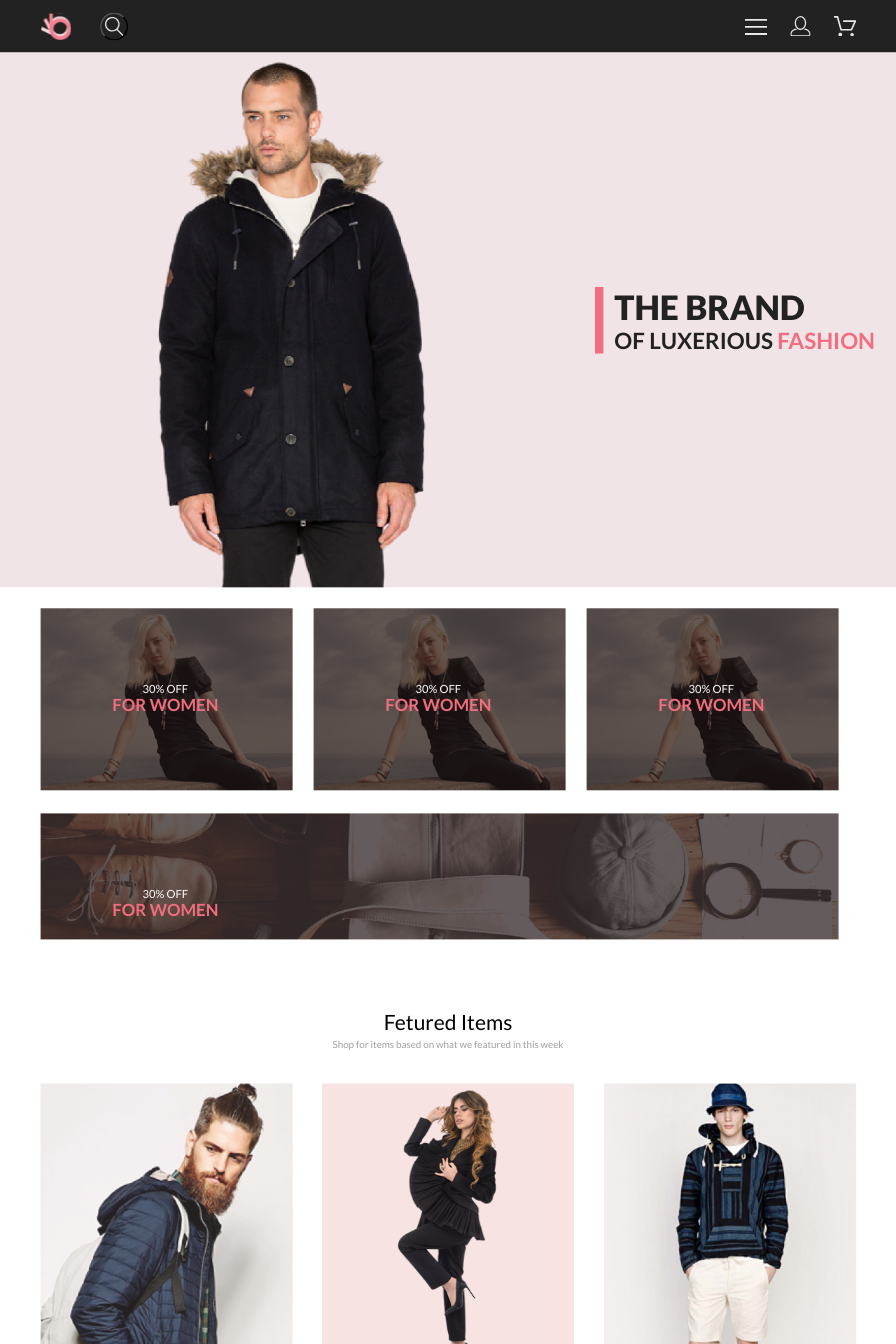
Repository: shtepaa/work-show-linkid
Page: les01/index.html
An editor plug-in stored every save of this project. The page is shown before and after the next save, followed by the edit.
The browser window is 1280 px wide. The pictures show the part of the page from y = 0 to 1920 px (the page is 3905 px tall), at 70% of full size.

Above is the page before, as saved 2022-02-15 12:45:46.

### les01/index.html
<!DOCTYPE html>
<html lang="en">
  <head>
    <meta charset="UTF-8" />
    <meta http-equiv="X-UA-Compatible" content="IE=edge" />
    <meta name="viewport" content="width=device-width, initial-scale=1.0" />
    <title>Brand</title>
    <link rel="shortcut icon" href="img/favicon.ico" type="image/x-icon" />
    <link rel="stylesheet" href="style.css" />
    <link rel="preconnect" href="https://fonts.googleapis.com" />
    <link rel="preconnect" href="https://fonts.gstatic.com" crossorigin />
    <link
      href="https://fonts.googleapis.com/css2?family=Lato:wght@700;400;900&display=swap"
      rel="stylesheet"
    />
  </head>
  <body>


        <header>
          <div class="container">
            <nav>
              <div class="flex-left">
                <img src="img/logo.svg" alt="logo" />
                <form class="searchBox">
                  <input
                    class="searchInput"
                    type="text"
                    name=""
                    placeholder="Search"
                  />
                  <button class="searchButton" href="#">
                    <img id="path" src="img/search.svg" alt="logo" />
                  </button>
                </form>
              </div>
              <div class="flex-right">
                <div class="mega-box"><img class="contact-img" src="img/menu.svg" alt="logo" />
                <div class="mega-item">

<div class="menu-box"><h3 class="menu-box--style">Menu</h3></div>
<details><summary>Man</summary>
<a class="mega-link" href="#">Accessories</a>
<a class="mega-link" href="#">Bags</a>
<a class="mega-link" href="#">Denim</a>
<a class="mega-link" href="#">T-Shirts</a>
</details>
<details><summary>WOMAN</summary>
  <a class="mega-link" href="#">Accessories</a>
  <a class="mega-link" href="#">Jackets & Coats</a>
  <a class="mega-link" href="#">Polos</a>
  <a class="mega-link" href="#">T-Shirts</a>
  </details>
  <details><summary>KIDS</summary>
    <a class="mega-link" href="#">Accessories</a>
    <a class="mega-link" href="#">Bags</a>
    <a class="mega-link" href="#">Denim</a>
    <a class="mega-link" href="#">T-Shirts</a>
    </details>



                </div>


                </div>
                <img class="contact-img" src="img/contact.svg" alt="logo" />
                <img src="img/shop.svg" alt="logo" />
              </div>
            </nav>
          </div>
        </header>
        <!-- Второй блок -->
        <div class="header-section">
            <div class="header-cover">
              <div class="header-image">
              <img class="header-man"  src="img/man-new.png" alt="man" />
            </div>
            <div class="header-title">
              <div class="pink-line">
              <div class="header-column">
                <h1 class="header-brand">The brand</h1>
                <h2 class="text-brand">of luxerious <span class="pink-word"> fashion</span></h2>
              </div>
            </div>
            </div>
          </div>
          </div>
        </div>
<!-- Третий блок -->
        <div class="container">
<section class="catalog-box">
          <div class="catalog-block">
            <div class="catalog-project">
              <a class="link-cataloge" href="#">
              <img
                class="catalog-image"
                src="img/catalog01.png"
                alt="catalog01"
              />
              <h2 class="catalog__text">
                30% off <span class="pink-word catalog-words"> for women</span>
              </h2></a>
            </div>
            <div class="catalog-project">
              <a class="link-cataloge" href="#">
                <img
                  class="catalog-image"
                  src="img/catalog01.png"
                  alt="catalog01"
                />
                <h2 class="catalog__text">
                  30% off <span class="pink-word catalog-words"> for women</span>
                </h2></a>
            </div>
            <div class="catalog-project">
              <a class="link-cataloge" href="#">
                <img
                  class="catalog-image"
                  src="img/catalog01.png"
                  alt="catalog01"
                />
                <h2 class="catalog__text">
                  30% off <span class="pink-word catalog-words"> for women</span>
                </h2></a>
            </div>
          </div>
          <div class="catalog-project parent">
            <a class="link-cataloge" href="#">
              <img
                class="catalog-image"
                src="img/catalog04.png"
                alt="catalog01"
              />
              <h2 class="catalog__text">
                30% off <span class="pink-word catalog-words"> for women</span>
              </h2></a>
          </div>
        </section>
        </div>
        <!-- Четвертый блок -->
        <div class="container block-text">
          <h3 class="block-text--heading">Fetured Items</h3>
          <p class="block-text--section-text">
            Shop for items based on what we featured in this week
          </p>
        </div>
        <div class="container section-featured">
          <div class="featur_one">
            <a class="link-featur" href="#">
            <img class="featur-image"  src="img/feat01.png" alt="featur_one" /></a>
            <div class="featur-wrapper">
            <h3 class="featur-text">ELLERY X M'O CAPSULE</h3>
            <p class="featur-content">Known for her sculptural takes on traditional tailoring, Australian arbiter of cool Kym Ellery teams up with Moda Operandi.</p>
<span class="featur-price">$52.00</span></div>
          </div>
          <div class="featur_one">
            <a class="link-featur" href="#">
            <img src="img/feat02.png" alt="featur_one" /></a>
            <div class="featur-wrapper">
            <h3 class="featur-text">ELLERY X M'O CAPSULE</h3>
            <p class="featur-content">Known for her sculptural takes on traditional tailoring, Australian arbiter of cool Kym Ellery teams up with Moda Operandi.</p>
<span class="featur-price">$52.00</span></div>
          </div>
          <div class="featur_one">
            <a class="link-featur" href="#">
            <img src="img/feat03.png" alt="featur_one" /></a>
            <div class="featur-wrapper">
            <h3 class="featur-text">ELLERY X M'O CAPSULE</h3>
            <p class="featur-content">Known for her sculptural takes on traditional tailoring, Australian arbiter of cool Kym Ellery teams up with Moda Operandi.</p>
<span class="featur-price">$52.00</span></div>
          </div>
          <div class="featur_one">
            <a class="link-featur" href="#">
            <img src="img/feat04.png" alt="featur_one" /></a>
            <div class="featur-wrapper">
            <h3 class="featur-text">ELLERY X M'O CAPSULE</h3>
            <p class="featur-content">Known for her sculptural takes on traditional tailoring, Australian arbiter of cool Kym Ellery teams up with Moda Operandi.</p>
<span class="featur-price">$52.00</span></div>
          </div>
          <div class="featur_one">
            <a class="link-featur" href="#">
            <img src="img/feat05.png" alt="featur_one" /></a>
            <div class="featur-wrapper">
            <h3 class="featur-text">ELLERY X M'O CAPSULE</h3>
            <p class="featur-content">Known for her sculptural takes on traditional tailoring, Australian arbiter of cool Kym Ellery teams up with Moda Operandi.</p>
<span class="featur-price">$52.00</span></div>
          </div>
          <div class="featur_one">
            <a class="link-featur" href="#">
            <img src="img/feat06.png" alt="featur_one" /></a>
            <div class="featur-wrapper">
            <h3 class="featur-text">ELLERY X M'O CAPSULE</h3>
            <p class="featur-content">Known for her sculptural takes on traditional tailoring, Australian arbiter of cool Kym Ellery teams up with Moda Operandi.</p>
<span class="featur-price">$52.00</span></div>
          </div>

        </div>
        <div class="container browse-button">
          <a class="link-browse" href="#"> <h3 class="browse-button product-cart">Browse All Product</h3></a>

        </div>
<div class="section-icons">
  <div class="container wrapper-icons">
  <div class="first-icons">
    <img class="car-icons" src="img/car.svg" alt="car" />
    <h3 class="car-icons--text">Free Delivery</h3>
    <p class="car-icons--context">Worldwide delivery on all. Authorit tively morph next-generation innov tion with extensive models.</p>
  </div>
  <div class="first-icons">
    <img class="car-icons" src="img/discount.svg" alt="discount" />
    <h3 class="car-icons--text">Sales & discounts</h3>
    <p class="car-icons--context">Worldwide delivery on all. Authorit tively morph next-generation innov tion with extensive models.</p>
  </div>
  <div class="first-icons">
    <img class="car-icons" src="img/corona.svg" alt="corona" />
    <h3 class="car-icons--text">Quality assurance</h3>
    <p class="car-icons--context">Worldwide delivery on all. Authorit tively morph next-generation innov tion with extensive models.</p>
  </div>
</div>

</div>

<div class="quotes-section">
  <div class="container wrap-quotes">
  <div class="figure-box">
  <figure>
    <img class="figure-image" src="img/author.png" alt="author" />
    <figcaption>“Vestibulum quis porttitor dui! Quisque viverra nunc mi, a pulvinar purus condimentum“</figcaption>
  </figure></div>
  <div class="figure-box enter-mail">

    <h1 class="subscribe">SUBSCRIBE</h1>
    <h2 class="promotion">FOR OUR NEWLETTER AND PROMOTION</h2>
    <div class="subscribe-wrapper">

      <input type="email" name="email" class="subscribe-input" placeholder="Enter Your Email">
      <div class="submit-btn">SUBMIT</div>
    </div>


  </div>

</div>


      </div>
      <footer>
<div class="container footer-contant">
  <div class="copy-righ">
    <span class="copy-text">© 2021  Brand  All Rights Reserved.</span>
  </div>
  <div class="networks">
    <div class="insta instag-fig">

    </div>
    <div class="insta pint-fig"></div>
    <div class="insta last-fig"></div>
    <div class="insta "></div>
  </div>



</div>

      </footer>

  </body>
</html>

### les01/style.css
* {
  margin: 0;
  padding: 0;
}

body{
  font-family: "Lato", sans-serif;
}

header {
  background-color: #222;

  display: flex;
  height: 75px;
}
.header-section {
  background-color: #f1e4e6;
  /* display: flex; */
  height: 764px;
}
.container {
  margin: 0 auto;
  width: 1165px;
  display: flex;
}
.header-image {
  display: flex;
  /* background-repeat: no-repeat;
  -webkit-box-flex: 1;
  -ms-flex-positive: 1;
  flex-grow: 1; */

}
.header-man{
  /* display: flex; */
  /* display: block; */
  left: 0;
}
.header-title {
  /* width: 50%; */
  display: flex;
  flex-direction: row;
  align-items: center;
}
.header-column {
  display: flex;
  flex-direction: column;
  padding-left: 16px;
  text-transform: uppercase;

}
.header-brand{
  font-weight: 900;
  font-size: 48px;
  line-height: 57px;
  color: #222;
}
.text-brand{
  font-weight: 700;
  font-size: 32px;
  line-height: 38px;
  color: #222;
}
.pink-word {
  color: #f16d7f;
}
.pink-line {


  border-left: 12px solid #f16d7f;
}
.header-cover {
  /* width: 100%; */
  display: flex;
  /* flex-direction: row; */
  justify-content: space-between;
  width: 1250px;
  /* margin: 0 auto; */
}

nav {
  justify-content: space-between;
  flex-direction: row;
  /* position: relative; */
  align-items: center;
  display: flex;
  height: 75px;
  width: 100%;
}
.flex-left {
  align-items: center;
  flex-direction: row;
  display: flex;
}

.contact-img {
  margin-right: 33px;
}
/* Меню бокс */
.mega-item {
  position: absolute;
  background-color: #fff;

  /* display: none; */
  padding: 37px 100px 79px 50px;
  display: none;
  margin-top: 23px;
  padding-bottom: 53px;
  /* margin-left: 155px; */
}
.mega-box {
  padding: 34px 0 30px 0;

}
.mega-box:hover .mega-item{
  display: block;
}
summary {
  display: block;
}

  summary::-webkit-details-marker {
  display: none;
}

summary {
  display: block;
  font-weight: 400;
  font-size: 14px;
  line-height: 17px;
  text-transform: uppercase;
  color: #f16d7f;
  padding-top: 20px;
  padding-bottom: 12px;
  font-family: "Lato", sans-serif;
  cursor: pointer;
}

  summary::-webkit-details-marker {
  display: none;
}

summary::before {
  content: '';
  padding-right: 0.5em;
}

details[open] > summary::before {
  content: '';
}

.menu-box--style {
  font-weight: 700;
  font-size: 14px;
  line-height: 17px;
  text-transform: uppercase;
  padding-bottom: 4px;
  font-family: "Lato", sans-serif;
}
/* .pink-box {

} */
.mega-link {
  font-family: "Lato", sans-serif;
  display: block;
  text-decoration: none;
  font-size: 14px;
  line-height: 17px;
  color: #6f6e6e;
  font-weight: 400;
  padding: 12px 0px 11px 15px;
}
.mega-link:hover{
  color: #F16D7F;
}
.flex-right {
  display: flex;
  align-items: center;
  position: relative;
  /* padding-bottom: 23px; */
}
img {
  cursor: pointer;
}

/* search form*/
form {
  margin-left: 41px;
}

.searchBox:hover > .searchInput {
  padding: 0 6px;
  width: 240px;
}

.searchBox:hover > .searchButton {
  background: #222;
  color: #2f3640;
}

.searchButton {
  justify-content: center;
  align-items: center;
  background: #222;
  border-radius: 50%;
  color: white;
  float: right;
  width: 40px;
  height: 40px;
  display: flex;
  transition: 0.4s;
}

.searchInput {
  border: none;
  background: none;
  outline: none;
  float: left;
  padding: 0;
  color: white;
  font-size: 16px;
  transition: 0.4s;
  line-height: 40px;
  width: 0px;
}

@media screen and (max-width: 620px) {
  .searchBox:hover > .searchInput {
    width: 150px;
    padding: 0 6px;
  }
}

/* Третий блок */
.catalog-box{
  display: flex;
  flex-direction: column;
}

.catalog-project {
  margin-top: 30px;
  position: relative;

}

.catalog__text {
  position: absolute;
  display: block;
  z-index: 100;
  left: 103px;
  top: 105px;
  box-sizing: border-box;
  font-size: 16px;
  line-height: 19px;
  text-align: center;
  font-family: Lato;
  color: #fff;
  text-transform: uppercase;
  font-weight: 400;
  display: flex;
  flex-direction: column;
  /* left: 0; */
}
.catalog-words {
  font-size: 24px;
  line-height: 28px;
  text-align: center;
  font-family: "Lato", sans-serif;
  font-weight: 700;
}
.catalog-block {
  display: flex;
  justify-content: space-between;
  /* flex-direction: row;
  flex-wrap: wrap; */
  /* width: 100%; */
}

.parent {
  display: flex;
  width: 100%;
  /* justify-content: space-between; */
}
.down-parent {
  left: 491px;
  top: 65px;
}
/* Четвертый блок */
.block-text {
  padding-top: 96px;
  display: flex;
  flex-direction: column;
  box-sizing: content-box;
  align-items: center;
}
.block-text--heading {
  font-weight: normal;
  font-size: 30px;
  line-height: 36px;
}
.block-text--section-text {
  padding-top: 6px;
  font-weight: normal;
  font-size: 14px;
  line-height: 17px;
  color: #9f9f9f;
}
/* Пятый блок */
.section-featured{
  max-width: 1165px;
  display: flex;
  flex-direction: row;
  flex-wrap: wrap;
  padding-top: 18px;
  justify-content: space-between;
}
.featur_one{
  display: flex;
  flex-direction: column;
  max-width: 360px;
  background-color: #F8F8F8;
  margin-top: 30px;
}
.featur-text{
  margin-top: 25px;
  font-size: 13px;
line-height: 16px;
font-family: "Lato", sans-serif;
font-weight: 400;
}
.featur-content{
  color: #5D5D5D;
  font-weight: 300;
font-size: 14px;
line-height: 17px;
font-family: "Lato", sans-serif;
padding-top: 12px;
}
.featur-price{
  color:  #F16D7F;
  font-size: 16px;
line-height: 19px;
font-weight: 400;
padding-top: 18px;
}
.featur-wrapper{
  padding-left: 18px;
  padding-bottom: 20px;
  display: flex;
  flex-direction: column;
}
.browse-button{
  /* align-items: center; */
  /* display: block; */
  max-width: 1165px;
  display: flex;
  justify-content: center;
  margin-top: 63px;

}
.link-browse{
  text-decoration: none;
}
.product-cart{
  color: #fff;
  border: 1px solid #FF6A6A;
  box-sizing: border-box;
  align-items: center;
  width: 211px;
  padding: 15px 38px;
  font-size: 16px;
line-height: 19px;
font-weight: 400;
background-color: #F16D7F;
}
/* конец кнопки */
.section-icons {
  background-color: #222224;
  display: flex;
  height: 341px;

  /* justify-content: space-between; */
  margin-top: 95px;
}
.first-icons{
  display: flex;
  flex-direction: column;
  max-width: 343px;
  justify-content: center;
  align-items: center;
  text-align: center;


}
.car-icons{
  width: 44px;
  height: 31px;
  padding-top: 103px;
  padding-bottom: 28px;
}
.wrapper-icons{
  max-width: 1165px;
  display: flex;
  flex-direction: row;
  justify-content: space-between;
}
.car-icons--context{
  padding-top: 16px;
  font-weight: 300;
font-size: 13.972px;
line-height: 17px;
color: #FBFBFB;
padding-bottom: 104px;
}
.car-icons--text{
  font-size: 19.96px;
line-height: 24px;
color: #FBFBFB;
font-weight: 400;
}
/* Квотес секция */
.quotes-section{
  background-image: url(img/photo-subscribe.png );
  height: 448px;
  background-repeat: no-repeat;
  background-size: 100%;

}
.wrap-quotes{
  display: flex;
  flex-direction: row;
  max-width: 1165px;
  justify-content: space-between;

}
.figure-box{
  display: flex;
  flex-direction: column;
  width: 343px;
  justify-content: center;
  /* align-items: center; */
  text-align: center;

}
.figure-image{
  width: 96px;
  height: 96px;
  padding-top: 97px;
}
figcaption{
  padding-top: 30px;
  font-size: 20px;
line-height: 24px;
font-weight: 400;
font-family: "Lato", sans-serif;
color: #222224;

}
.subscribe{
  font-family: "Lato", sans-serif;
  font-weight: 700;
  font-size: 24px;
  line-height: 37px;
  padding-top: 150px;
}
.promotion{
  font-family: "Lato", sans-serif;
  font-weight: 400;
  font-size: 18px;
  line-height: 30px;
}
.enter-mail{
  width: 557px;
}
.subscribe-wrapper{
  display: flex;
  justify-content: center;
  margin-top: 39px;

  border-radius: 10px;
  width: 356px;
  margin: 0 auto;
  padding-top: 32px;
}
.subscribe-input{
width: 256px;
border-radius: 30px;
  border-bottom-right-radius: 0;
  border-top-right-radius: 0;
  border-color: #E1E1E1;
  background-color: #E1E1E1;
}
.submit-btn{
  width: 100px;
  border-radius: 30px;
  border-bottom-left-radius: 0;
  border-top-left-radius: 0;
  background-color: #E05C6E;
  height: 49px;
  color: #fff;
  text-align: center;
  align-items: center;
  font-size: 14px;
line-height: 17px;
display: flex;
font-weight: 400;
padding: 10px;
}
::placeholder{
  padding-left: 22px;
  padding-top: 7px;
  padding-bottom: 6px;
  font-size: 14px;
line-height: 17px;
opacity: 0.67;
color: #222224;
}
footer{
  height: 79px;
  background-color: #222224;
  display: flex;
}
.footer-contant{
  display: flex;
  flex-direction: row;
  max-width: 1165px;
  align-items: center;
  justify-content: space-between;
}
.copy-text{
  padding-top: 30px;
  font-size: 16px;
line-height: 19px;
font-weight: 400;
color: #FBFBFB;
}
.networks{
  display: flex;
  flex-direction: row;


}
.insta{
  height: 32px;
  width: 31px;
  background-color: #fff;
  display: flex;

}
.last-fig{
  margin-right: 7px;
}
.pint-fig{
  margin-right: 7px;
}
.instag-fig{
  margin-right: 7px;
}
.insta:hover{
  background-color: #E05C6E;

}

### les01/img/search.svg
<svg width="27" height="28" viewBox="0 0 27 28" fill="#E8E8E8" xmlns="http://www.w3.org/2000/svg" id="path">
<path d="M19.0596 17.6259C20.6713 15.8658 21.6282 13.6048 21.7698 11.2225C21.9113 8.84018 21.2288 6.48173 19.8369 4.54318C18.445 2.60463 16.4285 1.20404 14.126 0.576619C11.8234 -0.0508009 9.3751 0.13316 7.19217 1.09761C5.00923 2.06205 3.22463 3.74825 2.13804 5.87302C1.05145 7.9978 0.729054 10.4318 1.225 12.7661C1.72094 15.1005 3.00501 17.1932 4.86158 18.6927C6.71814 20.1922 9.03413 21.0072 11.4206 21.0009C13.673 21.004 15.8645 20.27 17.6606 18.9109L25.4086 26.7179C25.4941 26.807 25.5965 26.8781 25.7099 26.927C25.8232 26.9759 25.9452 27.0017 26.0686 27.0029C26.1923 27.0033 26.3148 26.9782 26.4283 26.9292C26.5419 26.8801 26.6441 26.8082 26.7286 26.7179C26.9025 26.537 26.9997 26.2958 26.9997 26.0449C26.9997 25.794 26.9025 25.5528 26.7286 25.3719L19.0596 17.6259ZM2.88662 10.5009C2.89946 8.81563 3.41094 7.17187 4.35659 5.77685C5.30224 4.38183 6.63972 3.29801 8.20044 2.662C9.76115 2.02599 11.4752 1.86627 13.1266 2.20298C14.7779 2.53969 16.2926 3.35775 17.4797 4.55404C18.6668 5.75033 19.4732 7.27129 19.7972 8.92519C20.1212 10.5791 19.9483 12.2919 19.3002 13.8476C18.6522 15.4034 17.5581 16.7325 16.1559 17.6674C14.7536 18.6023 13.1059 19.1011 11.4206 19.1009C9.14916 19.0901 6.97482 18.1784 5.37484 16.566C3.77486 14.9537 2.87998 12.7724 2.88662 10.5009Z" fill="#E8E8E8"/>
</svg>

Loaded but not shown: les01/img/car.svg (3 lines, source omitted)

After the next save:
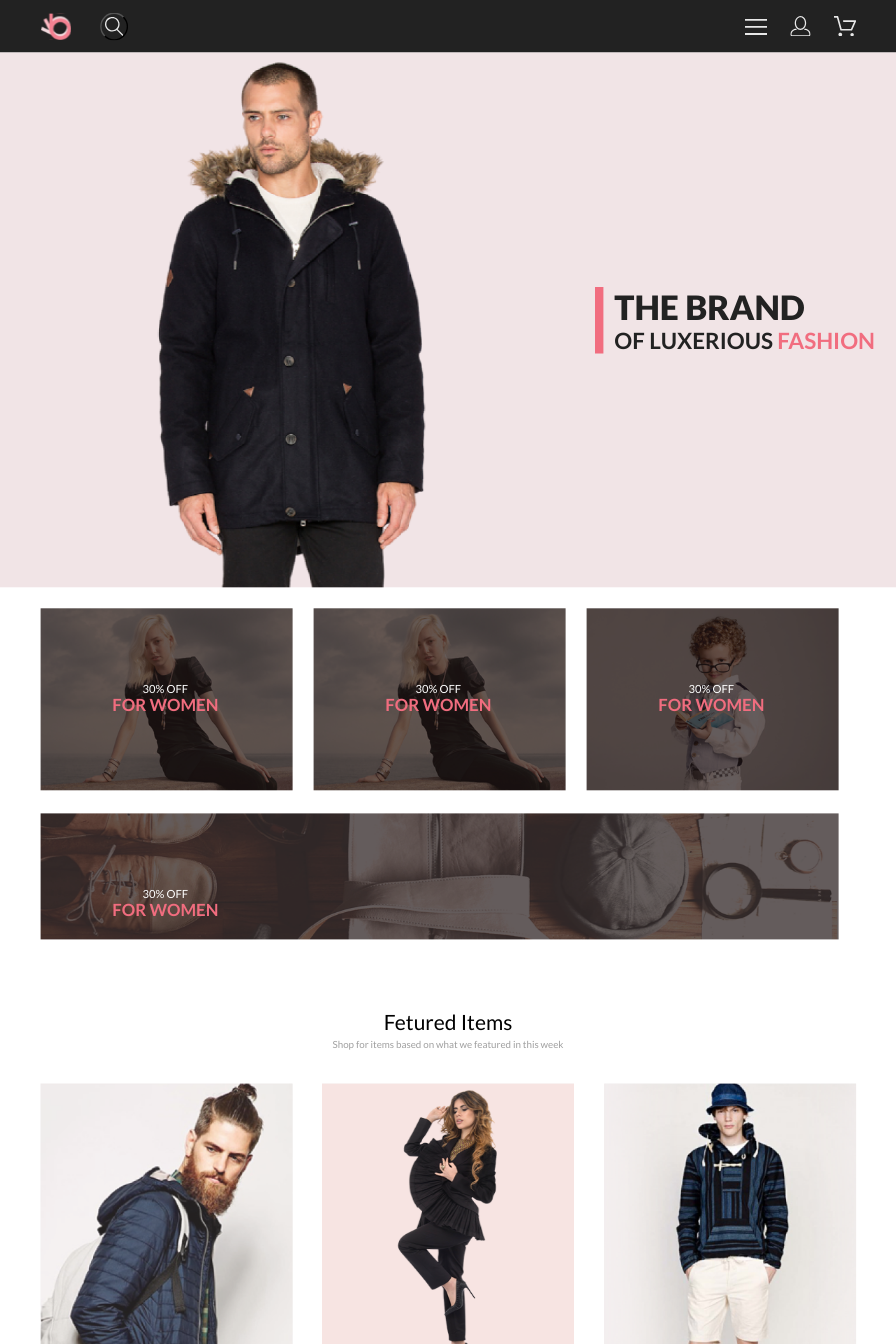
Saved 7 s later.
--- a/les01/index.html
+++ b/les01/index.html
@@ -117,7 +117,7 @@
               <a class="link-cataloge" href="#">
                 <img
                   class="catalog-image"
-                  src="img/catalog01.png"
+                  src="img/catalog03.png"
                   alt="catalog01"
                 />
                 <h2 class="catalog__text">
